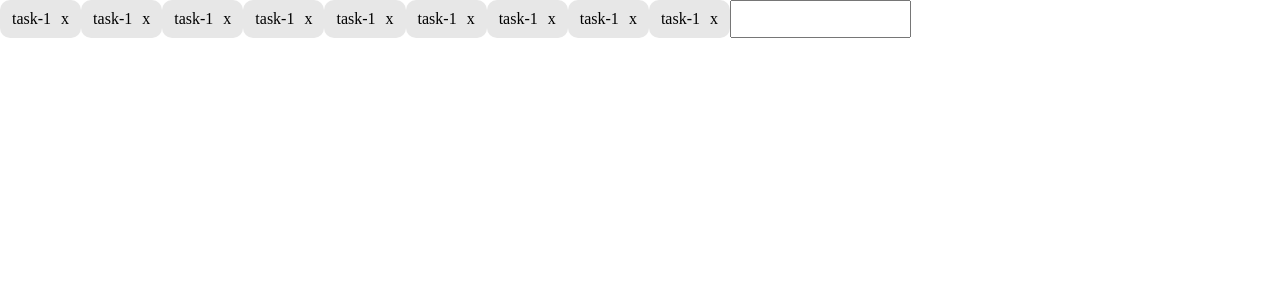
Repository: OkazakiTruong/selectOption
Page: /
These files come from the project's save history. The page is drawn as it stood at one moment and after a run of saves; the edit follows.
The browser window is 1280 px wide. The pictures show the whole page.
The project was rebuilt for these pictures with package versions that can differ from the ones it lists, and the page was loaded fresh each time. Also part of the build but not shown: vite.config.js.

Above is the page before, as saved 2024-01-17 20:55:51.

After the next 3 saves:
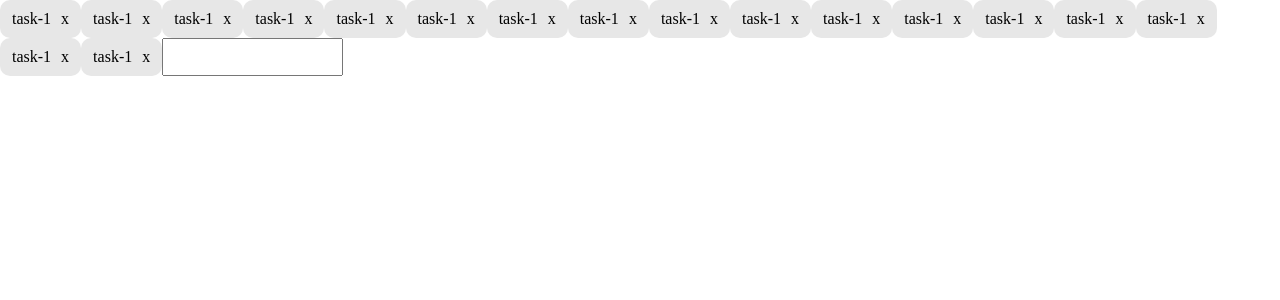
The 3 saves are shown as one change because they came seconds apart.
The last was saved 7 s later.
--- a/src/SelectBox/SelectBoxContainer.jsx
+++ b/src/SelectBox/SelectBoxContainer.jsx
@@ -41,6 +41,38 @@ export const SelectBoxContainer = () => {
           <span>task-1</span>
           <span className="btn-delete">x</span>
         </div>
+        <div className="select-item">
+          <span>task-1</span>
+          <span className="btn-delete">x</span>
+        </div>
+        <div className="select-item">
+          <span>task-1</span>
+          <span className="btn-delete">x</span>
+        </div>
+        <div className="select-item">
+          <span>task-1</span>
+          <span className="btn-delete">x</span>
+        </div>
+        <div className="select-item">
+          <span>task-1</span>
+          <span className="btn-delete">x</span>
+        </div>
+        <div className="select-item">
+          <span>task-1</span>
+          <span className="btn-delete">x</span>
+        </div>
+        <div className="select-item">
+          <span>task-1</span>
+          <span className="btn-delete">x</span>
+        </div>
+        <div className="select-item">
+          <span>task-1</span>
+          <span className="btn-delete">x</span>
+        </div>
+        <div className="select-item">
+          <span>task-1</span>
+          <span className="btn-delete">x</span>
+        </div>
         <input className="input"></input>
       </div>
     </div>
